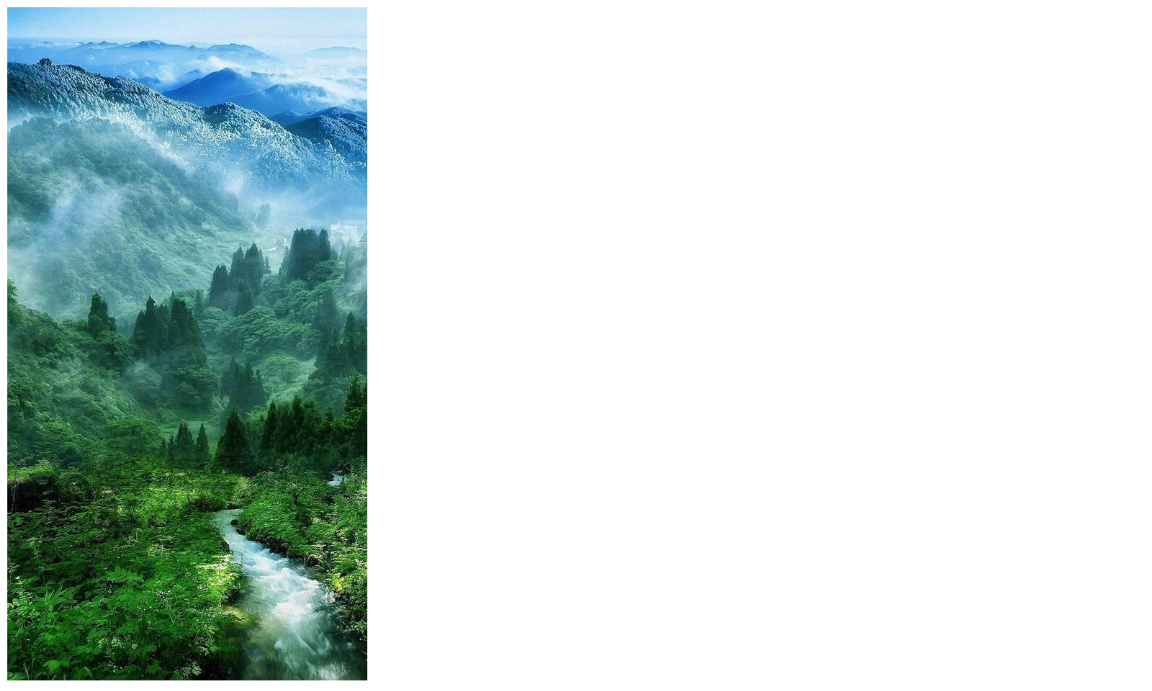
Repository: Haakim19/WebDevelopment
Page: new.html
The author's editor kept a copy of each file at every save. The page is drawn from the files as they stood at one save, then again after the next save.
The browser window is 1280 px wide. The pictures show the whole page, at 90% of full size.

Above is the page before, as saved 2024-10-10 10:12:36.

After the next save:
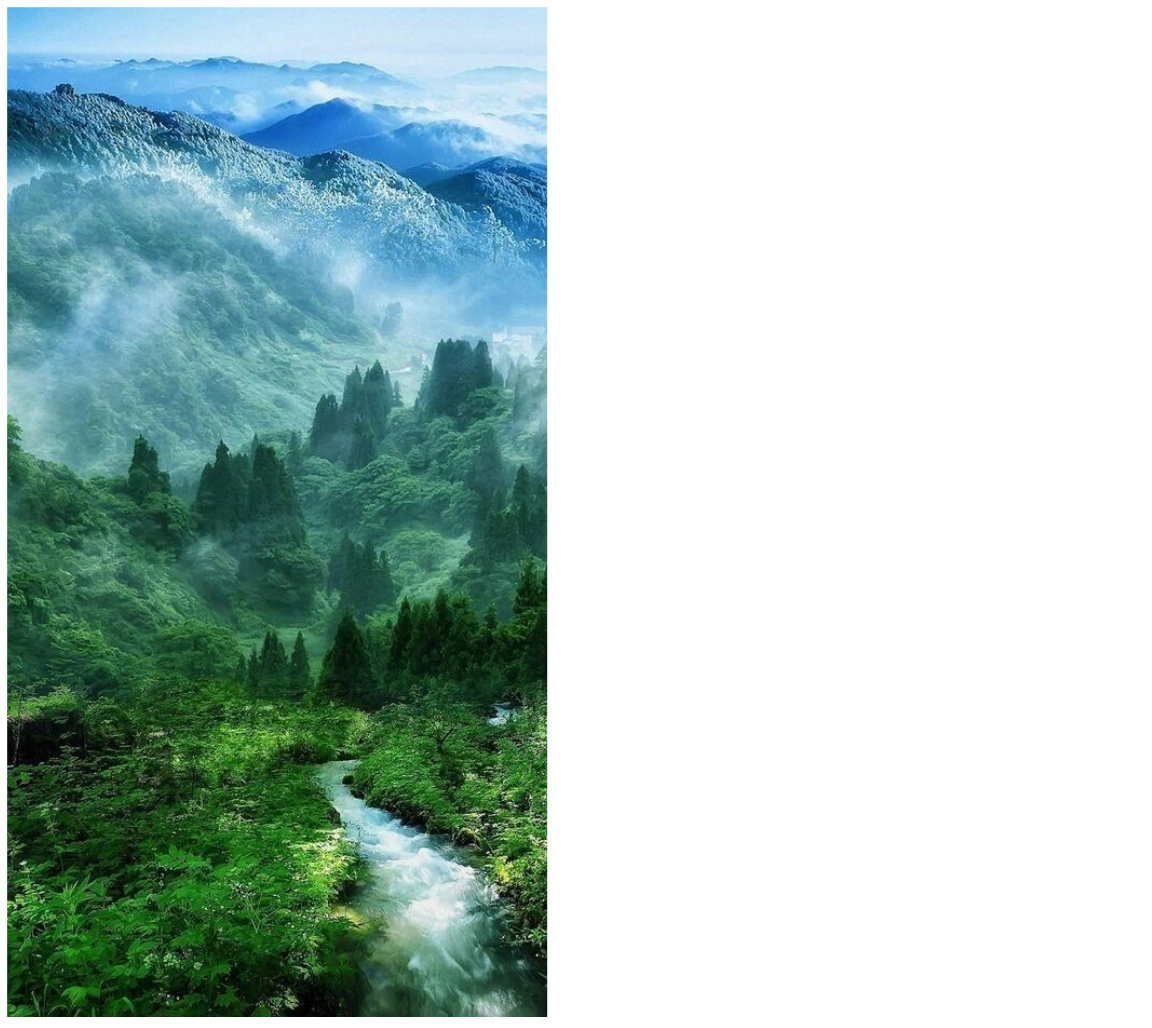
Saved 100 s later.
--- a/new.html
+++ b/new.html
@@ -6,6 +6,6 @@
 	<title>Image</title>
 </head>
 <body>
-	<img src="b41403e9a36b943a9a5ce39783bd88e0.jpg"  width="400px">
+	<img src="b41403e9a36b943a9a5ce39783bd88e0.jpg"  width="600px" >
 </body>
 </html>

After the save that followed:
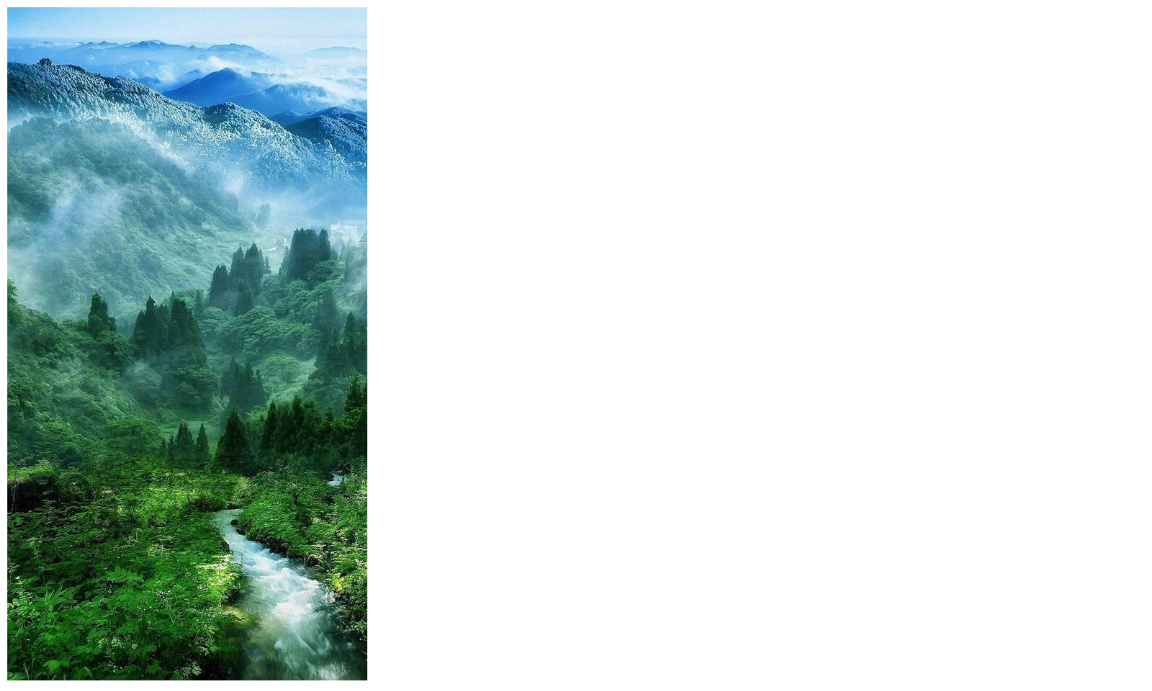
Saved 11 s later.
--- a/new.html
+++ b/new.html
@@ -6,6 +6,6 @@
 	<title>Image</title>
 </head>
 <body>
-	<img src="b41403e9a36b943a9a5ce39783bd88e0.jpg"  width="600px" >
+	<img src="b41403e9a36b943a9a5ce39783bd88e0.jpg"  width="400px" >
 </body>
 </html>
